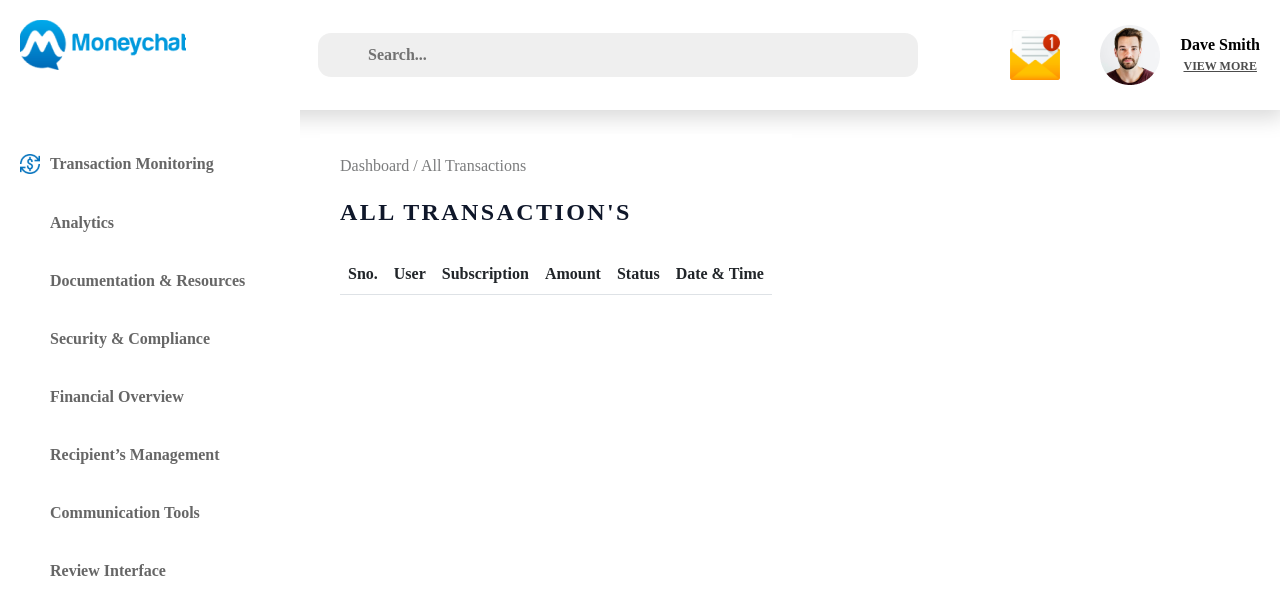
Repository: FlyweisReact/Money-Chat
Page: /transaction
The author's editor kept a copy of each file at every save. The page is drawn from the files as they stood at one save, then again after a run of saves.
The browser window is 1280 px wide. The pictures show the whole page.
The project was rebuilt for these pictures with package versions that can differ from the ones it lists, and the page was loaded fresh each time. Also part of the build but not shown: src/forms/ForgetPassword.js, src/forms/Login.jsx, src/forms/NeedHelp.js, src/forms/Regestration.js, src/forms/Verify.js. Imported but missing from the stored project, and not drawn on this page: src/pages/Component/SpinnerComp.

Above is the page before, as saved 2023-11-30 15:12:09.

### src/index.js
import React from "react";
import ReactDOM from "react-dom/client";
import "./index.css";
import App from "./App";
import { BrowserRouter } from "react-router-dom";
import 'bootstrap/dist/css/bootstrap.min.css'
// Commit Changes
const root = ReactDOM.createRoot(document.getElementById("root"));
root.render(
  <React.StrictMode>
    <BrowserRouter>
      <App />
    </BrowserRouter>
  </React.StrictMode>
);

### src/CSS/style.css
/** @format */

.Login_screen {
  background: linear-gradient(
      0deg,
      rgba(238, 238, 238, 0.2) 0%,
      rgba(238, 238, 238, 0.2) 100%
    ),
    #fff;
  display: flex;
  flex-direction: column;
  justify-content: center;
  align-items: center;
  width: 100%;
  height: 100vh;
}
.Login_screen .Login_Container {
  max-width: 667px;
  max-height: 785px;
  width: 100%;
  height: 100%;
  border-radius: 13px;
  background: #fff;
  box-shadow: 0px 10px 30px 3px rgba(0, 0, 0, 0.15);
  padding: 20px;
  padding-bottom: 50px;
}
.Login_screen .Login_Container .logo {
  display: block;
  margin: auto;
  width: 166px;
  margin-top: 40px;
}
.Login_screen .Login_Container .description {
  margin-top: 40px;
}
.Login_screen .Login_Container .description h6 {
  color: #000;
  text-align: center;
  font-size: 32px;
  font-style: normal;
  font-weight: 700;
  line-height: normal;
}

.Login_screen .Login_Container .description p {
  color: rgba(0, 0, 0, 0.7);
  text-align: center;
  font-size: 20px;
  font-style: normal;
  font-weight: 400;
  line-height: normal;
}

.Login_Container .input_container {
  margin-bottom: 50px;
}
.Login_Container .input_container.special {
  max-height: 300px;
  padding-bottom: 50px;
  overflow-y: scroll;
}
.Login_Container .input_group {
  display: flex;
  gap: 10px;
  align-items: center;
  border-radius: 13px;
  background: rgba(238, 238, 238, 0.2);
  box-shadow: 0px 6px 20px 2px rgba(0, 0, 0, 0.15);
  padding: 15px;
  width: 80%;
  margin: auto;
}
.Login_Container .input_group img {
  width: 20px;
}
.Login_Container .input_group input {
  outline: none;
  border: none;
  color: #0070bc;
  font-size: 16px;
  font-style: normal;
  font-weight: 500;
  line-height: normal;
  font-weight: 600;
  width: 80%;
}
.Login_Container .input_group input.without_color {
  color: rgba(0, 0, 0, 0.7);
}
.Login_Container .input_group input.without_color::placeholder {
  color: rgba(0, 0, 0, 0.7);
}
.Login_Container .input_group input::placeholder {
  color: #0070bc;
  font-weight: 600;
}

.Login_Container .login_btn {
  max-width: 250px;
  width: 100%;
  display: block;
  margin: auto;
  margin-top: 40px;
  color: #fff;
  text-align: center;
  font-size: 18px;
  font-style: normal;
  font-weight: 600;
  line-height: normal;
  border-radius: 10px;
  background: linear-gradient(180deg, #fea82f 0%, #fd575b 100%);
  padding: 15px;
}

.Login_Container .create_new {
  display: flex;
  justify-content: center;
  gap: 20px;
  align-items: center;
  margin-top: 50px;
}

.Login_Container .create_new .item {
  display: flex;
  gap: 10px;
  align-items: center;
  width: 300px;
  justify-content: center;
}
.Login_Container .create_new .item img {
  width: 20px;
}
.Login_Container .create_new .item span {
  color: rgba(0, 0, 0, 0.7);
  text-align: center;
  font-size: 16px;
  font-style: normal;
  font-weight: 600;
  line-height: normal;
}

.Login_Container .create_new .item:first-child {
  border-right: 2px solid #000;
  padding-right: 10px;
}

.Login_Container a {
  text-decoration: none;
}

.Login_Container .button_container {
  display: flex;
  justify-content: space-between;
  align-items: center;
  gap: 20px;
}
.Login_Container .button_container button {
  max-width: 250px;
  width: 100%;
  display: block;
  margin: auto;
  color: #fff;
  text-align: center;
  font-size: 18px;
  font-style: normal;
  font-weight: 600;
  line-height: normal;
  border-radius: 10px;
  background: linear-gradient(180deg, #fea82f 0%, #fd575b 100%);
  padding: 15px;
}

.Login_Container .button_container .cancel {
  max-width: 250px;
  width: 100%;
  display: flex;
  gap: 10px;
  align-items: center;
}
.Login_Container .button_container .cancel a {
  font-size: 18px;
  font-style: normal;
  font-weight: 700;
  line-height: normal;
  text-decoration-line: underline;
  background: linear-gradient(180deg, #fea82f 0%, #fd575b 100%);
  background-clip: text;
  -webkit-background-clip: text;
  -webkit-text-fill-color: transparent;
}
.Login_Container .button_container .cancel img {
  width: 30px;
}

.Login_Container .progress_bar {
  border-radius: 10px;
  background: rgba(196, 196, 196, 0.4);
  width: 100%;
  height: 16px;
  margin-top: 40px;
}

.Login_Container .progress_bar .colored {
  width: 33%;
  border-radius: 10px;
  background: linear-gradient(90deg, #fea82f 0%, #fd575b 100%);
  height: 100%;
}
.Login_Container .progress_bar .second_stage {
  width: 80%;
  border-radius: 10px;
  background: linear-gradient(90deg, #fea82f 0%, #fd575b 100%);
  height: 100%;
}

.Login_Container .input_container .heading {
  color: #0070bc;
  font-size: 20px;
  font-style: normal;
  font-weight: 700;
  line-height: normal;
  padding: 20px;
  padding-bottom: 0;
  margin-top: 20px;
}

.Login_Container .whole_button_container {
  border-radius: 13px;
  background: rgba(238, 238, 238, 0.2);
  box-shadow: 0px 6px 20px 2px rgba(0, 0, 0, 0.15);
  width: 90%;
  margin: auto;
  display: flex;
  align-items: center;
  justify-content: space-between;
  padding-left: 20px;
  padding-right: 20px;
  padding: 10px;
  margin-top: 10px;
}

.Login_Container .whole_button_container p {
  margin: 0;
  color: rgba(0, 0, 0, 0.7);
  font-size: 16px;
  font-style: normal;
  font-weight: 600;
  line-height: normal;
}

.Login_Container .whole_button_container button {
  border-radius: 13px;
  background: rgba(0, 170, 234, 0.5);
  width: 200px;
  padding: 10px;
  color: #fff;
  text-align: center;
  font-size: 16px;
  font-style: normal;
  font-weight: 600;
  line-height: normal;
  display: flex;
  justify-content: center;
  align-items: center;
  gap: 20px;
}

.Login_Container .whole_button_container button.img {
  width: 20px;
}

.verify {
  background: #f0f6f5;
  width: 100%;
  height: 100vh;
}
.verify img {
  width: 800px;
  display: block;
  margin: auto;
}
.verify .colored {
  color: rgba(0, 0, 0, 0.7);
  text-align: center;
  font-size: 32px;
  font-style: normal;
  font-weight: 500;
  line-height: normal;
}
.verify p {
  color: rgba(0, 0, 0, 0.6);
  text-align: center;
  font-size: 24px;
  font-style: normal;
  font-weight: 400;
  line-height: normal;
}

.Login_Container .Drop_Links {
  padding: 20px;
}

.Login_Container .Drop_Links div {
  border-bottom: 1px solid rgba(0, 0, 0, 0.6);
  padding: 20px;
  display: flex;
  justify-content: space-between;
  align-items: center;
  cursor: pointer;
  margin-top: 20px;
}
.Login_Container .Drop_Links div span {
  color: rgba(0, 0, 0, 0.6);
  font-size: 16px;
  font-style: normal;
  font-weight: 600;
  line-height: normal;
}
.Login_Container .Drop_Links div i {
  font-size: 18px;
  color: #fea82f;
}

/* Navbar */
.Navbar {
  background: #fff;
  box-shadow: 0px 4px 20px 4px rgba(0, 0, 0, 0.15);
  display: flex;
  justify-content: space-between;
  align-items: center;
  gap: 20px;
  padding: 20px;
  width: 100%;
}
.Navbar .logo {
  width: 206px;
}

.Navbar .search_bar {
  border-radius: 13px;
  background: rgba(238, 238, 238, 0.93);
  max-width: 600px;
  width: 100%;
  padding: 10px;
  display: flex;
  gap: 20px;
  align-items: center;
  padding-left: 30px;
}

.Navbar .search_bar input {
  background-color: transparent;
  outline: none;
  width: 90%;
  font-size: 16px;
  font-weight: 600;
}

.Navbar .search_bar input::placeholder {
  color: rgba(30, 30, 30, 0.6);
  font-weight: 600;
}

.Navbar .side_div {
  display: flex;
  align-items: center;
  gap: 20px;
  justify-content: space-between;
  max-width: 250px;
  width: 100%;
}

.Navbar .side_div .notify {
  max-width: 50px;
  width: 100%;
}
.Navbar .side_div .content {
  display: flex;
  align-items: center;
  gap: 20px;
}
.Navbar .side_div .content div {
  display: flex;
  flex-direction: column;
  gap: 5px;
  justify-content: center;
  align-items: center;
}
.Navbar .side_div .content div p {
  margin: 0;
  color: #000;
  font-size: 16px;
  font-style: normal;
  font-weight: 600;
  line-height: normal;
}

.Navbar .side_div .content div a {
  color: rgba(0, 0, 0, 0.7);
  font-size: 12px;
  font-style: normal;
  font-weight: 600;
  text-decoration: underline;
  line-height: normal;
}

/* ---- */
.component_style {
  display: flex;
  gap: 20px;
}
.sidebar {
  background-color: #fff;
  width: 300px;
}

.sidebar ul {
  display: flex;
  gap: 40px;
  flex-direction: column;
  padding: 20px;
}
.sidebar ul li {
  display: flex;
  align-items: center;
  gap: 10px;
}
.sidebar ul li span.link {
  color: rgba(0, 0, 0, 0.6);
  font-size: 16px;
  font-style: normal;
  font-weight: 600;
  line-height: normal;
}

.sidebar ul li img {
  width: 20px;
}
.sidebar ul a {
  text-decoration: none;
}
.sidebar ul a.active li  span.link {
  color: #0070bc;
}

### src/layout/HOC.jsx
/** @format */

import React, { useState } from "react";
import Navbar from "./Navbar";
import Sidebar from "./Sidebar";

const HOC = (Wcomponenet) => {
  return function Component() {
    const [hamb, setHamb] = useState(false);
    return (
      <>
        <div style={{ backgroundColor: "#f2f3f8" }}>
          <Navbar hamb={hamb} setHamb={setHamb} />
        </div>

        <section className="component_style">
          <Sidebar hamb={hamb} setHamb={setHamb} />
          <div
            className="my-6 text-#000 h-[87%] wcomp"
            style={{ overflowY: "auto" }}
          >
            {" "}
            <Wcomponenet />
          </div>
        </section>
      </>
    );
  };
};

export default HOC;

### src/layout/Navbar.jsx
/** @format */
import logo from "../Images/logo.png";

const Navbar = () => {
  return (
    <>
      <div className="Navbar">
        <div className="logo">
          <img src={logo} alt="" />
        </div>

        <div className="search_bar">
          <i className="fa-solid fa-magnifying-glass"></i>
          <input type="search" placeholder="Search..." />
        </div>

        <div className="side_div">
          <img src="./Image/13.png" alt="" className="notify" />

          <div className="content">
            <img src="./Image/12.png" alt="" />
            <div>
              <p className="head">Dave Smith</p>
              <a>VIEW MORE </a>
            </div>
          </div>

        </div>


      </div>
    </>
  );
};

export default Navbar;

### src/layout/Sidebar.jsx
/** @format */

import React from "react";
import { Link, useLocation, useNavigate } from "react-router-dom";
import { toast } from "react-toastify";

const Sidebar = () => {
  const navigate = useNavigate();
  const location = useLocation();

  const nav = [
    {
      img: "./Image/14.svg",
      link: "/dashboard ",
      name: "Transaction Monitoring",
      activeImg: "./Image/Monitoring.svg",
    },
    {
      link: "/Product",
      name: "Analytics ",
    },

    {
      link: "/service",
      name: "Documentation & Resources",
    },
    {
      link: "/gallery",
      name: "Security & Compliance",
    },
    {
      link: "/getblog",
      name: "Financial Overview",
    },
    {
      link: "/privacy-policy",
      name: "Recipient’s Management",
    },
    {
      link: "/terms",
      name: "Communication Tools",
    },
    {
      link: "/brand",
      name: "Review Interface",
    },
  ];

  const logOut = () => {
    localStorage.clear();
    navigate("/");
    toast.success("Logged Out");
  };

  function ImgFinder(i) {
    if (i.link === location.pathname) {
      return i.img;
    } else {
      return i.activeImg;
    }
  }

  return (
    <>
      <aside className="sidebar">
        <nav className="py-6">
          <ul>
            {nav.map((nav) => {
              return (
                <Link
                  to={nav.link}
                  key={nav.name}
                  className={`Links ${
                    nav.link === location.pathname ? "active" : ""
                  }`}
                >
                  <li>
                    <img src={ImgFinder(nav)} alt="" />
                    <span className="link"> {nav.name}</span>
                  </li>
                </Link>
              );
            })}
          </ul>

          <span
            className="flex my-3 items-center cursor-pointer text-gray-900    tracking-wider p-2 rounded-sm"
            onClick={() => logOut()}
            style={{ color: "#FFF", textTransform: "uppercase" }}
          ></span>
        </nav>
      </aside>
    </>
  );
};

export default Sidebar;

Loaded but not shown: tailwind.config.js (common file); src/App.js (46 lines, source omitted); src/pages/Transaction/Transaction.js (42 lines, source omitted); src/index.css (923 lines, source omitted)

After the next 2 saves:
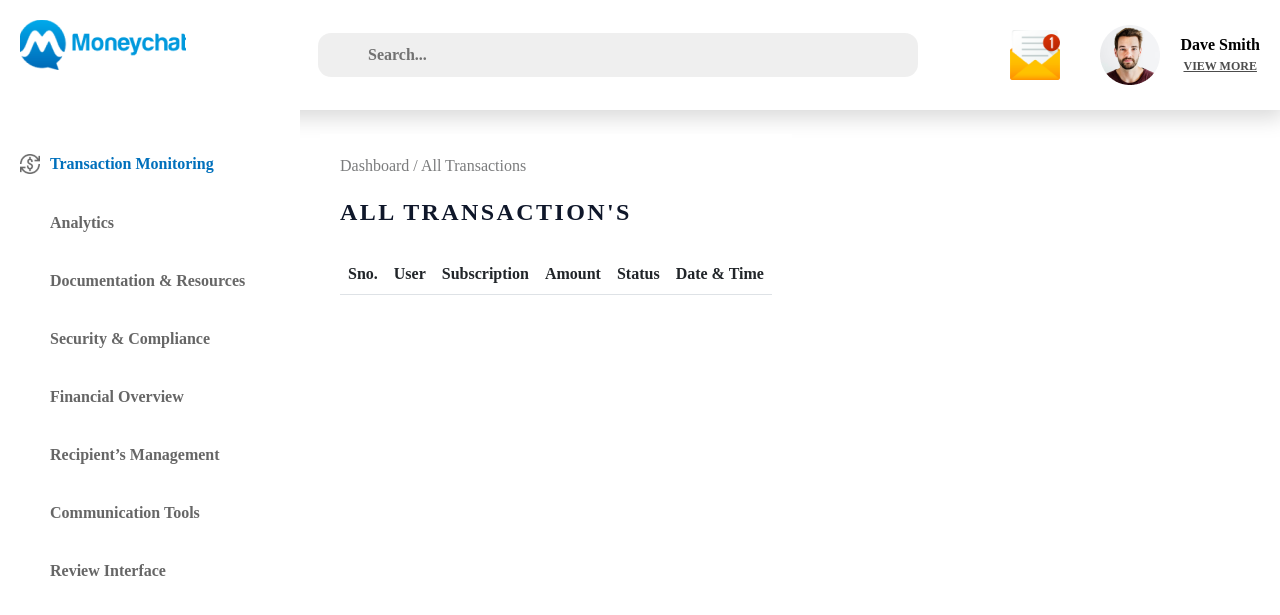
The 2 saves are shown as one change because they came seconds apart.
The last was saved 13 s later.
--- a/src/layout/Sidebar.jsx
+++ b/src/layout/Sidebar.jsx
@@ -11,7 +11,7 @@ const Sidebar = () => {
   const nav = [
     {
       img: "./Image/14.svg",
-      link: "/dashboard ",
+      link: "/transaction",
       name: "Transaction Monitoring",
       activeImg: "./Image/Monitoring.svg",
     },
